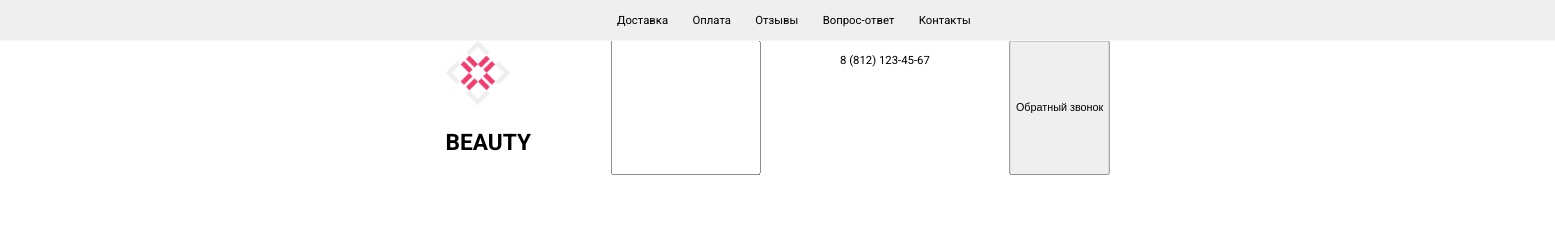
Repository: savannaaaas/verstka
Page: index.html
An editor plug-in stored every save of this project. The page is shown before and after the next save, followed by the edit.
The browser window is 1280 px wide. The page is 1920 px wide, so the pictures cover 1920 px, including what lies to the right of the window. The pictures show the whole page, at 81% of full size.
Some web fonts or font styles are not loaded; a fallback is used.

Above is the page before, as saved 2025-04-15 15:38:43.

After the next save:
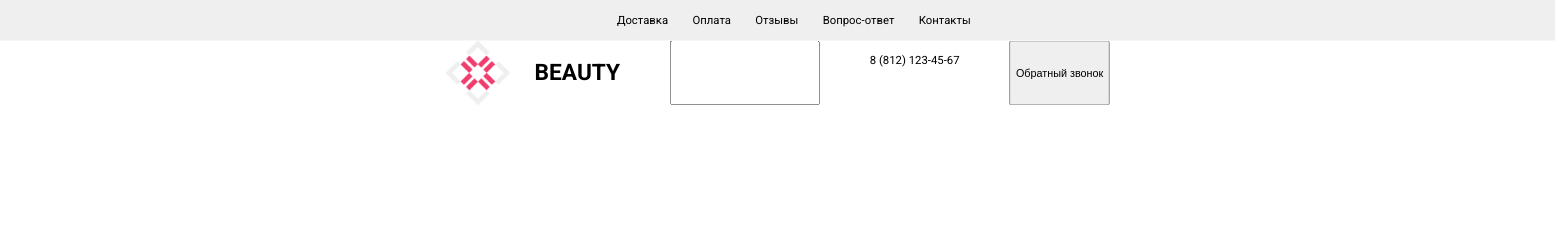
Saved 32 s later.
--- a/style.css
+++ b/style.css
@@ -33,3 +33,8 @@
     margin: 0 550px;
   justify-content: space-between;
    }
+   .logo{
+    display: flex;
+    flex-wrap: nowrap;
+    gap: 30px;
+   }
